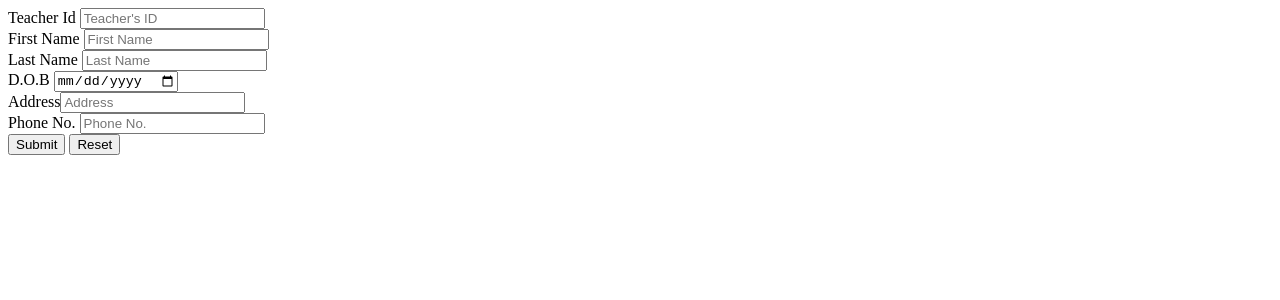
Repository: shubhamsingh331/Learners_Academy
Page: http://localhost/LearnersAcademy/Teachers/Teachers.jsp
These files come from the project's save history. The page is drawn as it stood at one moment and after the next save; the edit follows.
The browser window is 1280 px wide. The pictures show the whole page.
The page is served by Tomcat 9. Queries for data that is not in the repository find no rows.

Above is the page before, as saved 2023-10-09 11:20:33.

After the next save:
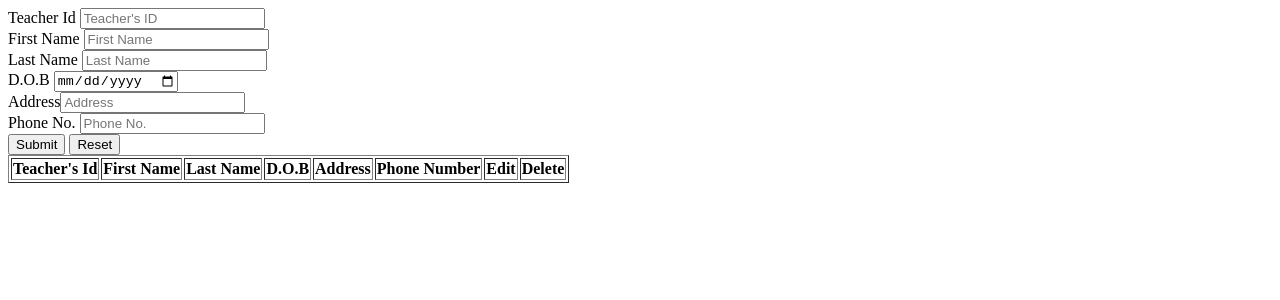
Saved 78 s later.
--- a/LearnersAcademy/src/main/webapp/Teachers/Teachers.jsp
+++ b/LearnersAcademy/src/main/webapp/Teachers/Teachers.jsp
@@ -17,6 +17,7 @@ Phone No. <input type="text" placeholder="Phone No." name="phono"><br>
 <input type="submit" value="Submit">
 <input type="reset" value="Reset">
 </form>
+<%@include file="TeacherDisplay.jsp" %>
 
 </body>
 </html>
